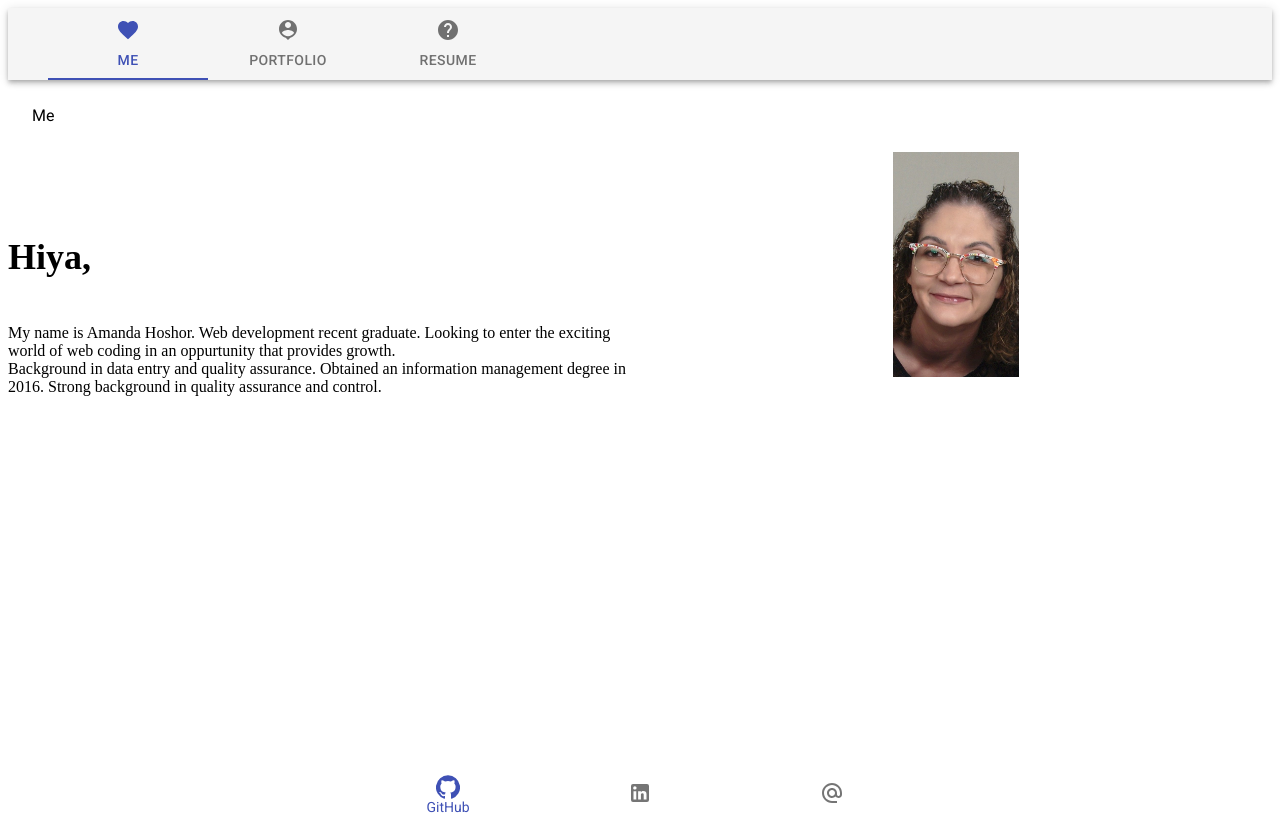
Repository: mandahos/hoshor
Page: /
An editor plug-in stored every save of this project. The page is shown before and after the next save, followed by the edit.
The browser window is 1280 px wide. The pictures show the whole page.
The project was rebuilt for these pictures with package versions that can differ from the ones it lists, and the page was loaded fresh each time. Also part of the build but not shown: src/components/Portfolio/index.js. Imported but missing from the stored project, and not drawn on this page: src/assets/resume/Amanda_Hoshor_Resume.PDF, src/assets/resume/Resume_Hoshor (1).pdf.

Above is the page before, as saved 2021-08-19 22:34:58.

After the next save:
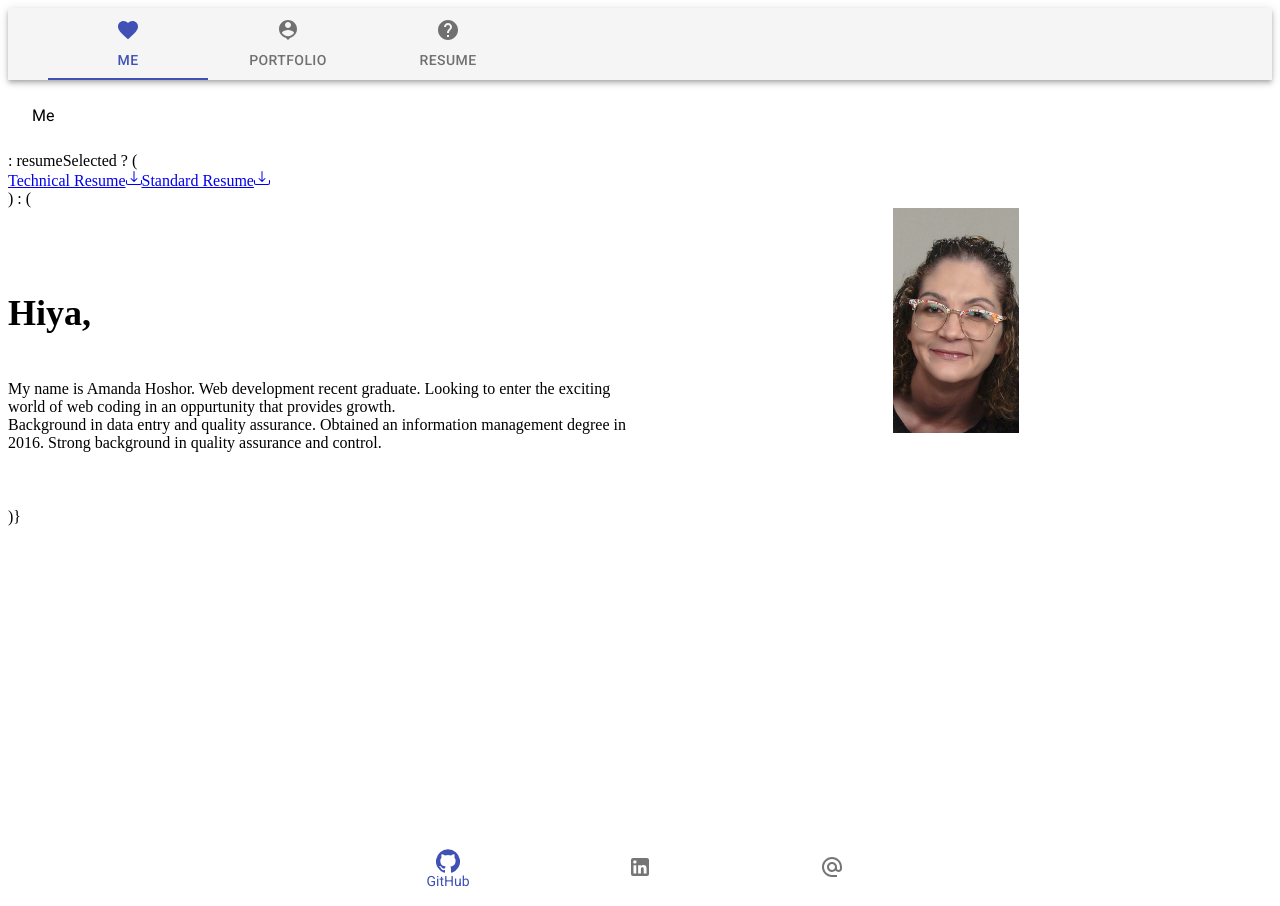
Saved 23 s later.
--- a/src/App.js
+++ b/src/App.js
@@ -35,7 +35,7 @@ function App() {
       // setResumeSelected={setResumeSelected}
       />
 
-      {portfolioSelected ? (<Portfolio projects={projects}/>)
+      {/* {portfolioSelected ? (<Portfolio projects={projects}/>) */}
         : resumeSelected ? (<Resume />)
         : (<Me />)}
 
